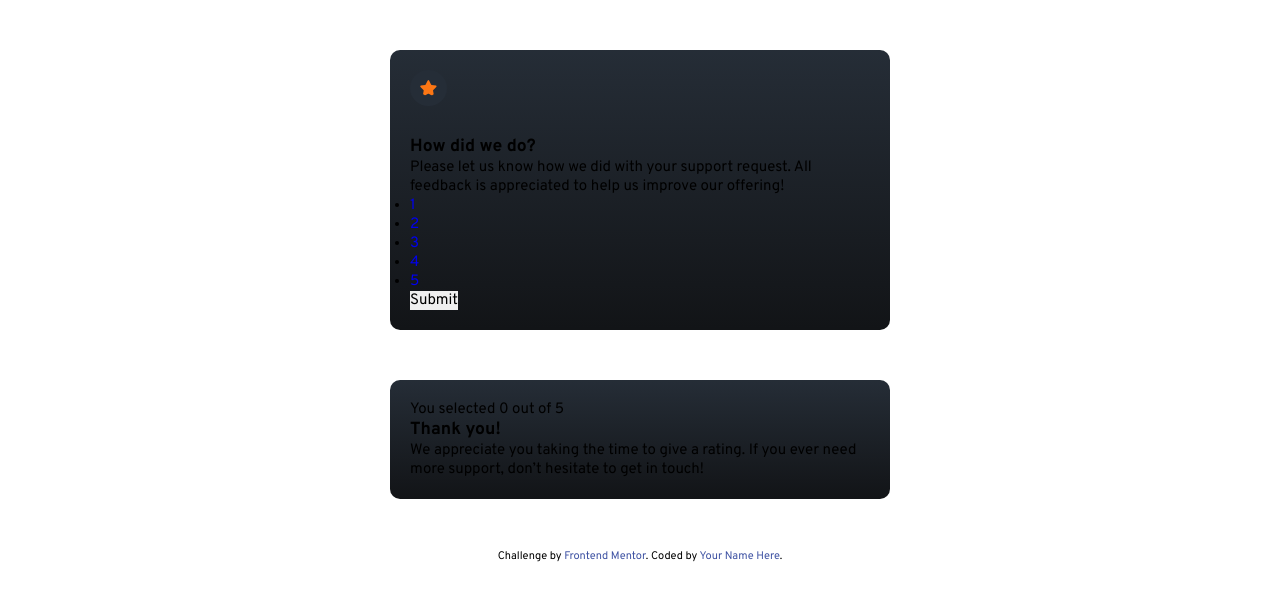
Repository: huynhnhutanhduy/interactive-rating-component
Page: index.html
The author's editor kept a copy of each file at every save. The page is drawn from the files as they stood at one save, then again after the next save.
The browser window is 1280 px wide. The pictures show the whole page.

Above is the page before, as saved 2022-10-19 10:04:17.

### index.html
<!DOCTYPE html>
<html lang="en">
  <head>
    <meta charset="UTF-8" />
    <meta name="viewport" content="width=device-width, initial-scale=1.0" />
    <!-- displays site properly based on user's device -->
    <link rel="icon" type="image/png" sizes="32x32" href="./images/favicon-32x32.png" />
    <title>Frontend Mentor | Interactive rating component</title>
    <link rel="preconnect" href="https://fonts.googleapis.com" />
    <link rel="preconnect" href="https://fonts.gstatic.com" crossorigin />
    <link
      href="https://fonts.googleapis.com/css2?family=Overpass:wght@400;700&display=swap"
      rel="stylesheet"
    />
    <link rel="stylesheet" href="./app.css" />
  </head>
  <body>
    <main>
      <!-- Rating state start -->
      <article class="rating-container">
        <img src="./images/icon-star.svg" alt="icon-star" class="rating-star" />
        <h3 class="rating-title">How did we do?</h3>
        <p class="rating-desc">
          Please let us know how we did with your support request. All feedback is appreciated
          to help us improve our offering!
        </p>
        <ul class="rating-list">
          <li><a href="#" class="rating-item">1</a></li>
          <li><a href="#" class="rating-item">2</a></li>
          <li><a href="#" class="rating-item">3</a></li>
          <li><a href="#" class="rating-item">4</a></li>
          <li><a href="#" class="rating-item">5</a></li>
        </ul>
        <button type="submit" class="rating-btn">Submit</button>
      </article>
      <!-- Rating state end -->

      <!-- Thank you state start -->
      <article class="rating-container">
        <p class="rating-result">You selected <span>0</span> out of 5</p>
        <!-- Add rating here -->
        <h3 class="rating-title">Thank you!</h3>
        <p class="rating-desc">
          We appreciate you taking the time to give a rating. If you ever need more support,
          don’t hesitate to get in touch!
        </p>
        <!-- Thank you state end -->
      </article>
    </main>

    <footer class="attribution">
      Challenge by
      <a href="https://www.frontendmentor.io?ref=challenge" target="_blank">Frontend Mentor</a
      >. Coded by <a href="#">Your Name Here</a>.
    </footer>

    <script src="./app.js"></script>
  </body>
</html>

### app.css
:root {
  --primary: hsl(25, 97%, 53%);
  --white: hsl(0, 0%, 100%);
  --light-grey: hsl(217, 12%, 63%);
  --medium-grey: hsl(216, 12%, 54%);
  --dark-blue: hsl(213, 19%, 18%);
  --very-dark-blue: hsl(216, 12%, 8%);
}
* {
  margin: 0;
  padding: 0;
  border: 0;
}
*,
*::before,
*::after,
html {
  box-sizing: border-box;
}
html {
  font-size: 62.5%;
}
body {
  font-size: 1.5rem;
  font-family: "Overpass", sans-serif;
  font-weight: normal;
  /* background-color: var(--very-dark-blue); */
  /* color: var(--white); */
}
a {
  text-decoration: none;
}
img {
  display: block;
  max-width: 100%;
}
button {
  outline: none;
  font-size: 1.5rem;
  font-family: "Overpass", sans-serif;
  font-weight: 400;
  cursor: pointer;
}

.attribution {
  font-size: 11px;
  text-align: center;
}
.attribution a {
  color: hsl(228, 45%, 44%);
}

.rating-container {
  max-width: 50rem;
  background-image: linear-gradient(to bottom, var(--dark-blue), var(--very-dark-blue));
  padding: 2rem;
  border-radius: 1rem;
  margin: 5rem auto;
}
.rating-star {
  background-color: var(--dark-blue);
  border-radius: 50%;
  margin-bottom: 3rem;
  padding: 1rem;
}

Loaded but not shown: app.js (no stored copy; drawn as an empty file)

After the next save:
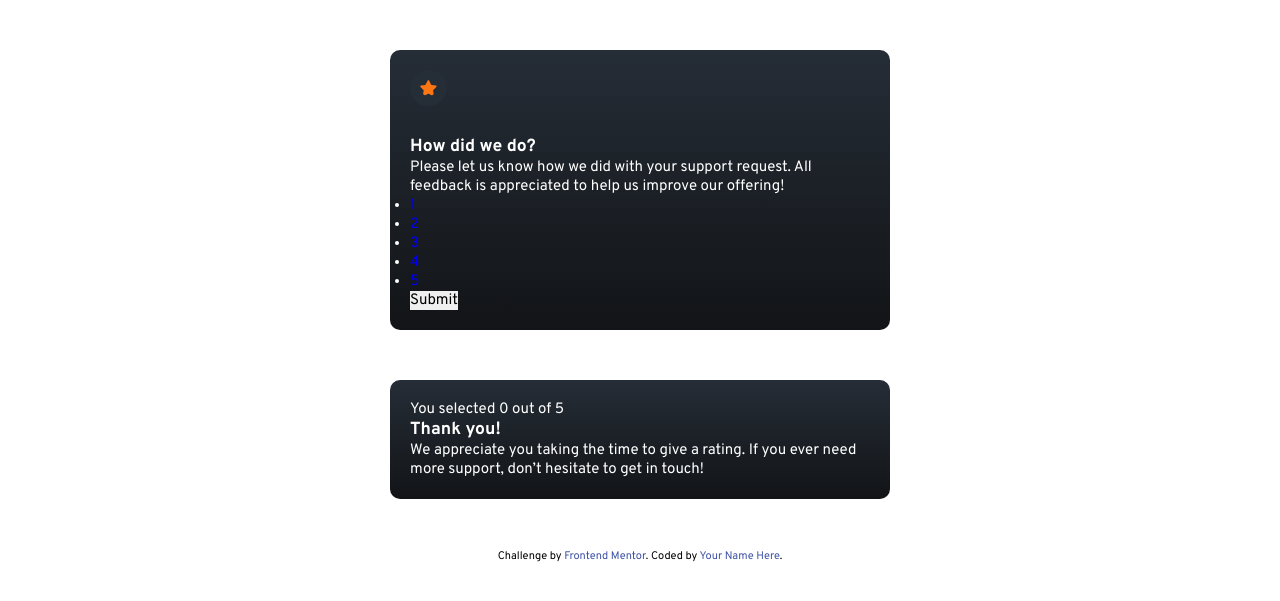
Saved 15 s later.
--- a/app.css
+++ b/app.css
@@ -53,6 +53,7 @@ button {
 .rating-container {
   max-width: 50rem;
   background-image: linear-gradient(to bottom, var(--dark-blue), var(--very-dark-blue));
+  color: var(--white);
   padding: 2rem;
   border-radius: 1rem;
   margin: 5rem auto;
